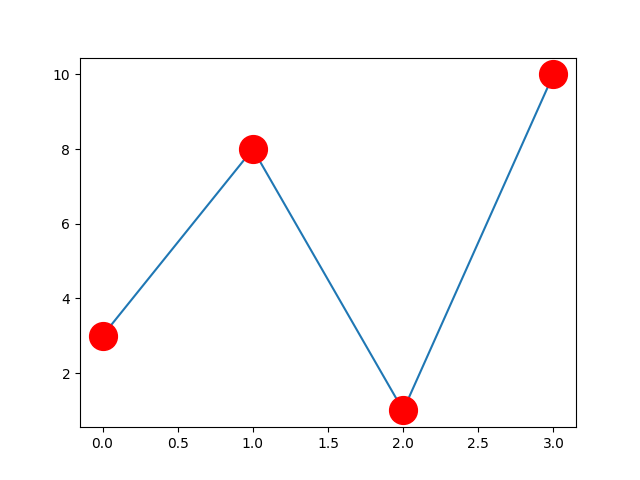
Repository: rupeshkofficial/Python-Code
Script's output: python MATPLOTLIB/3_matplotlibmarkers.py
The author's editor kept a copy of each file at every save. The script's output is drawn from the files as they stood at one save, then again after the next save.
Random numbers start from a fixed seed.

Above is the script's output before, as saved 2024-05-22 15:03:20.

### MATPLOTLIB/3_matplotlibmarkers.py
# Marker Size - ms
# import matplotlib.pyplot as plt
# import numpy as np
# ypoints = np.array([3,8,1,10])
# plt.plot(ypoints, marker = 'o', ms = 20)
# plt.show()


# Marker Edge Color - mec
# import matplotlib.pyplot as plt
# import numpy as np
# ypoints = np.array([3,8,1,10])
# plt.plot(ypoints, marker = 'o', ms = 20, mec = 'r')
# plt.show()



# Marker face color - mfc
# import matplotlib.pyplot as plt
# import numpy as np
# ypoints = np.array([3,8,1,10])
# plt.plot(ypoints, marker = 'o', ms = 20, mfc = 'r')
# plt.show()

# Marker color both for edge and face
import matplotlib.pyplot as plt
import numpy as np
ypoints = np.array([3,8,1,10])
plt.plot(ypoints, marker = 'o', ms = 20, mec = 'r', mfc = 'r')
plt.show()

After the next save:
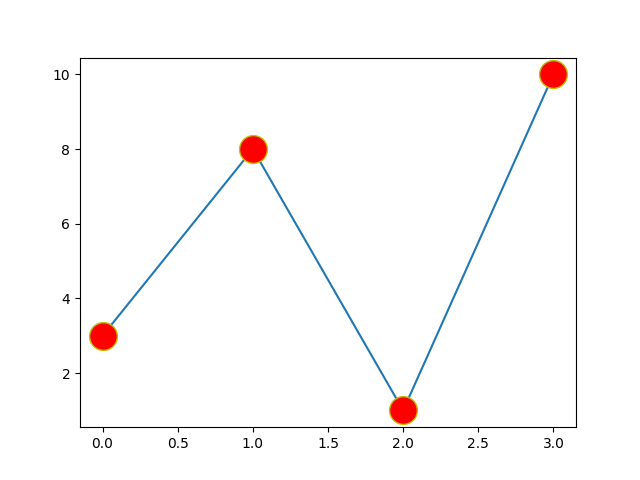
Saved 16 s later.
--- a/MATPLOTLIB/3_matplotlibmarkers.py
+++ b/MATPLOTLIB/3_matplotlibmarkers.py
@@ -26,5 +26,5 @@
 import matplotlib.pyplot as plt
 import numpy as np
 ypoints = np.array([3,8,1,10])
-plt.plot(ypoints, marker = 'o', ms = 20, mec = 'r', mfc = 'r')
+plt.plot(ypoints, marker = 'o', ms = 20, mec = 'y', mfc = 'r')
 plt.show()
